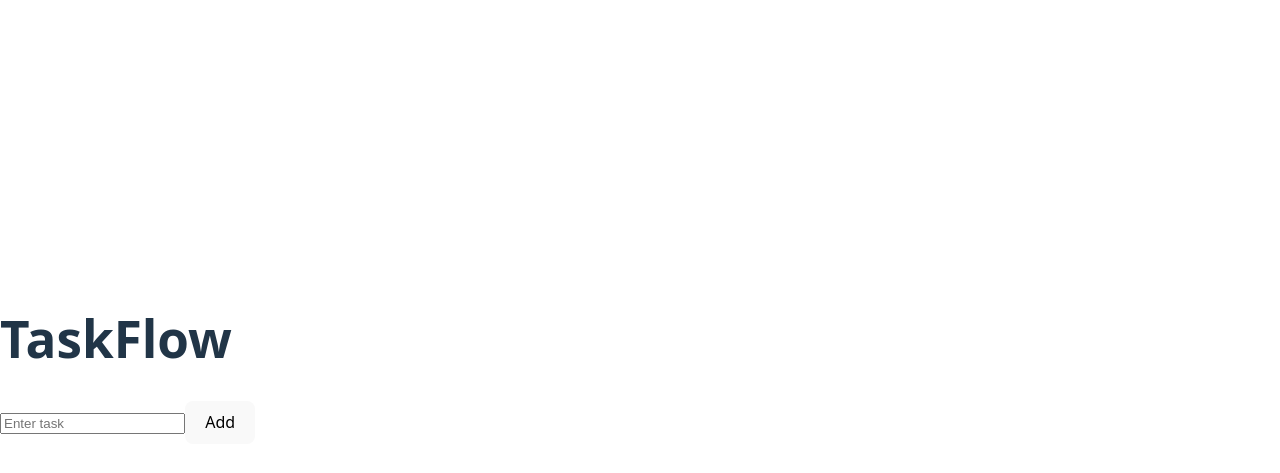
Repository: lissaintech/TaskFlow
Page: /
The author's editor kept a copy of each file at every save. The page is drawn from the files as they stood at one save, then again after the next save.
The browser window is 1280 px wide. The pictures show the whole page.
The project was rebuilt for these pictures with package versions that can differ from the ones it lists, and the page was loaded fresh each time. Also part of the build but not shown: vite.config.js.

Above is the page before, as saved 2026-02-11 14:01:03.

### index.html
<!doctype html>
<html lang="en">
  <head>
    <meta charset="UTF-8" />
    <link rel="icon" type="image/svg+xml" href="/vite.svg" />
    <meta name="viewport" content="width=device-width, initial-scale=1.0" />
    <title>taskflow</title>
  </head>
  <body>
    <div id="root"></div>
    <script type="module" src="/src/main.jsx"></script>
  </body>
</html>

### src/App.jsx
import { useState } from 'react'

function App() {

  const [input, setInput] = useState("");

  const addTask = () => {
    console.log(input);
  };

  return (
    <div>
      <h1>TaskFlow</h1>

      <input
        value={input}
        onChange={(e) => setInput(e.target.value)}
        placeholder="Enter task"
      />

      <button onClick={addTask}>Add</button>
    </div>
  );
}

export default App;

Loaded but not shown: src/main.jsx (common file); src/index.css (common file)

After the next save:
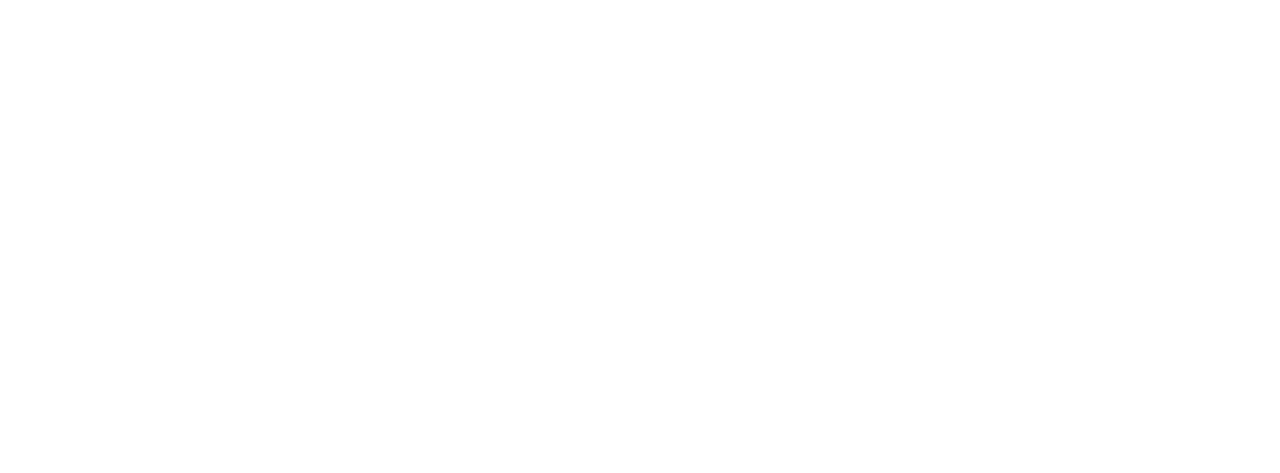
Console error: ReferenceError: input is not defined
Saved 116 s later.
--- a/src/App.jsx
+++ b/src/App.jsx
@@ -2,7 +2,7 @@
 
 function App() {
 
-  const [input, setInput] = useState("");
+  const [tasks, setInput] = useState("");
 
   const addTask = () => {
     console.log(input);

After the 6 saves that followed:
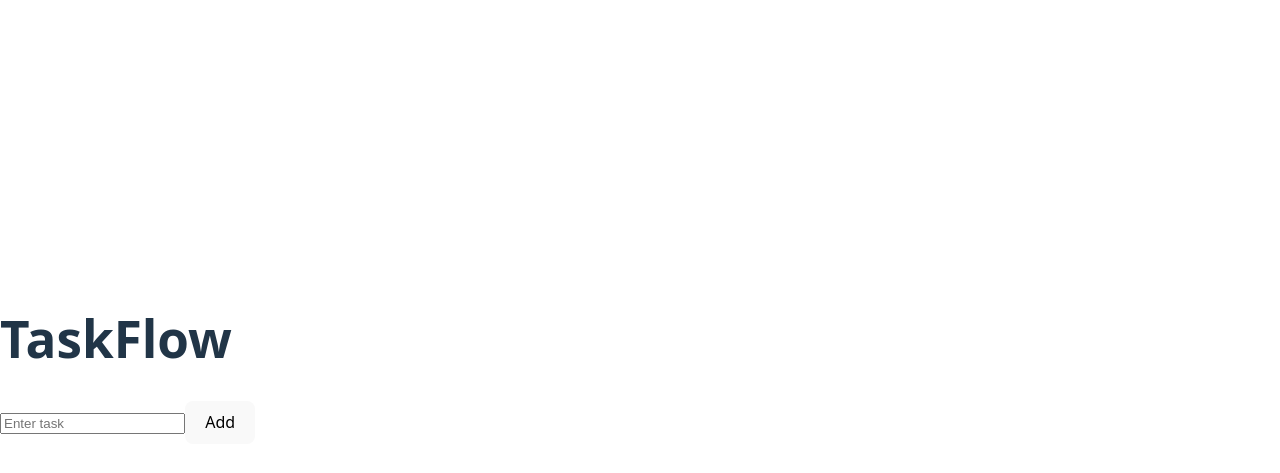
The error is gone.
The 6 saves are shown as one change because 1 did not build or start and 2 left the picture as it was and some came seconds apart.
The last was saved 39 s later.
--- a/src/App.jsx
+++ b/src/App.jsx
@@ -2,7 +2,7 @@
 
 function App() {
 
-  const [tasks, setInput] = useState("");
+  const [input, setInput] = useState("");
 
   const addTask = () => {
     console.log(input);
